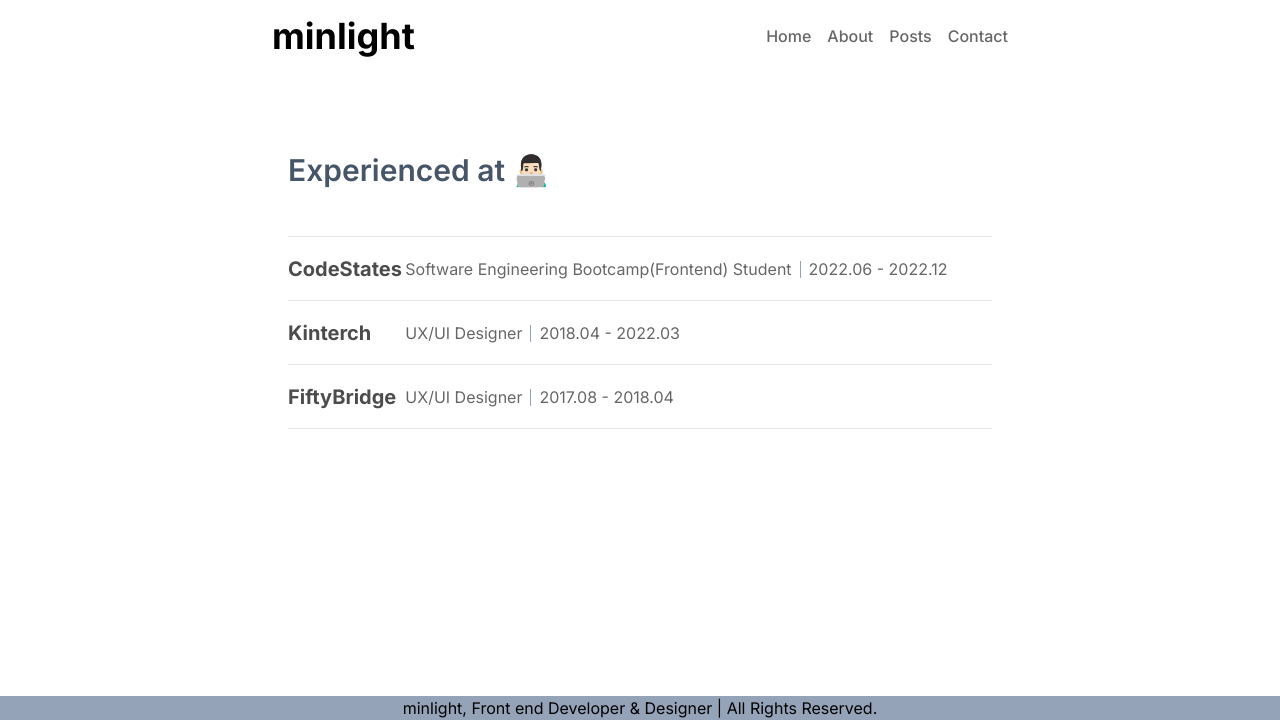
Repository: kwngmin/minlight-blog
Page: /about
The author's editor kept a copy of each file at every save. The page is drawn from the files as they stood at one save, then again after the next save.
The browser window is 1280 px wide. The pictures show the whole page.
The project was rebuilt for these pictures with package versions that can differ from the ones it lists, and the page was loaded fresh each time. The framework's server and built-in components were replaced by stand-ins that run in the browser. Also part of the build but not shown: next.config.js.

Above is the page before, as saved 2023-04-01 00:29:12.

### src/app/layout.tsx
import Footer from "@/components/Footer";
import "./globals.css";
import { Inter } from "next/font/google";
import Header from "@/components/Header";

const inter = Inter({ subsets: ["latin"] });

export const metadata = {
  title: "Create Next App",
  description: "Generated by create next app",
};

export default function RootLayout({
  children,
}: {
  children: React.ReactNode;
}) {
  return (
    <html lang="en" className={inter.className}>
      <body className="flex flex-col w-full">
        <Header />
        <main className="grow mx-4">{children}</main>
        <Footer />
      </body>
    </html>
  );
}

### src/app/about/page.tsx
export default function AboutPage() {
  const careerData = [
    {
      company: "CodeStates",
      role: "Software Engineering Bootcamp(Frontend) Student",
      period: "2022.06 - 2022.12",
    },
    {
      company: "Kinterch",
      role: "UX/UI Designer",
      period: "2018.04 - 2022.03",
    },
    {
      company: "FiftyBridge",
      role: "UX/UI Designer",
      period: "2017.08 - 2018.04",
    },
  ];
  return (
    <div>
      <article className="max-w-screen-md mx-auto p-8">
        <h2 className="text-3xl font-semibold text-slate-600 border-b py-12">
          Experienced at 👨🏻‍💻
        </h2>
        <ul>
          {careerData.map(({ company, role, period }) => (
            <li key={company} className="flex items-center h-16 border-b">
              <h3 className="font-bold text-xl w-1/6 text-black/70">
                {company}
              </h3>
              <p className="text-black/60">
                {role}
                <span className="border-l text-sm mx-2 border-slate-400" />
                {period}
              </p>
            </li>
          ))}
        </ul>
      </article>
    </div>
  );
}

### src/components/Footer.tsx
export default function Footer() {
  return (
    <p className="bg-slate-400 text-center">
      minlight, Front end Developer & Designer | All Rights Reserved.
    </p>
  );
}

### src/app/globals.css
@tailwind base;
@tailwind components;
@tailwind utilities;

* {
  box-sizing: border-box;
  padding: 0;
  margin: 0;
}

html,
body {
  height: 100vh;
  overflow-y: auto;
}

/*
:root {
  --max-width: 1100px;
  --border-radius: 12px;
  --font-mono: ui-monospace, Menlo, Monaco, "Cascadia Mono", "Segoe UI Mono",
    "Roboto Mono", "Oxygen Mono", "Ubuntu Monospace", "Source Code Pro",
    "Fira Mono", "Droid Sans Mono", "Courier New", monospace;

  --foreground-rgb: 0, 0, 0;
  --background-start-rgb: 214, 219, 220;
  --background-end-rgb: 255, 255, 255;

  --primary-glow: conic-gradient(
    from 180deg at 50% 50%,
    #16abff33 0deg,
    #0885ff33 55deg,
    #54d6ff33 120deg,
    #0071ff33 160deg,
    transparent 360deg
  );
  --secondary-glow: radial-gradient(
    rgba(255, 255, 255, 1),
    rgba(255, 255, 255, 0)
  );

  --tile-start-rgb: 239, 245, 249;
  --tile-end-rgb: 228, 232, 233;
  --tile-border: conic-gradient(
    #00000080,
    #00000040,
    #00000030,
    #00000020,
    #00000010,
    #00000010,
    #00000080
  );

  --callout-rgb: 238, 240, 241;
  --callout-border-rgb: 172, 175, 176;
  --card-rgb: 180, 185, 188;
  --card-border-rgb: 131, 134, 135;
}

@media (prefers-color-scheme: dark) {
  :root {
    --foreground-rgb: 255, 255, 255;
    --background-start-rgb: 0, 0, 0;
    --background-end-rgb: 0, 0, 0;

    --primary-glow: radial-gradient(rgba(1, 65, 255, 0.4), rgba(1, 65, 255, 0));
    --secondary-glow: linear-gradient(
      to bottom right,
      rgba(1, 65, 255, 0),
      rgba(1, 65, 255, 0),
      rgba(1, 65, 255, 0.3)
    );

    --tile-start-rgb: 2, 13, 46;
    --tile-end-rgb: 2, 5, 19;
    --tile-border: conic-gradient(
      #ffffff80,
      #ffffff40,
      #ffffff30,
      #ffffff20,
      #ffffff10,
      #ffffff10,
      #ffffff80
    );

    --callout-rgb: 20, 20, 20;
    --callout-border-rgb: 108, 108, 108;
    --card-rgb: 100, 100, 100;
    --card-border-rgb: 200, 200, 200;
  }
}

* {
  box-sizing: border-box;
  padding: 0;
  margin: 0;
}

html,
body {
  max-width: 100vw;
  overflow-x: hidden;
}

body {
  color: rgb(var(--foreground-rgb));
  background: linear-gradient(
      to bottom,
      transparent,
      rgb(var(--background-end-rgb))
    )
    rgb(var(--background-start-rgb));
}

a {
  color: inherit;
  text-decoration: none;
}

@media (prefers-color-scheme: dark) {
  html {
    color-scheme: dark;
  }
} */

### src/components/Header.tsx
import Link from "next/link";

const navData = [
  { name: "Home", path: "/" },
  { name: "About", path: "/about" },
  { name: "Posts", path: "/posts" },
  { name: "Contact", path: "/contact" },
];

export default function Header() {
  return (
    <div>
      <div className="max-w-screen-md mx-auto">
        <div className="flex justify-between items-center m-4">
          <Link href="/">
            <h1 className="text-4xl font-bold">minlight</h1>
          </Link>
          <nav className="flex gap-4">
            {navData.map(({ name, path }) => (
              <Link
                href={path}
                key={path}
                className="text-black/60 hover:text-black font-medium hover:underline decoration-slate-400 hover:decoration-4 underline-offset-8"
              >
                {name}
              </Link>
            ))}
          </nav>
        </div>
      </div>
    </div>
  );
}

### tailwind.config.js
/** @type {import('tailwindcss').Config} */
module.exports = {
  content: ["./src/**/*.{js,ts,jsx,tsx}"],
  theme: {
    extend: {},
  },
  plugins: [require("@tailwindcss/typography")],
};

After the next save:
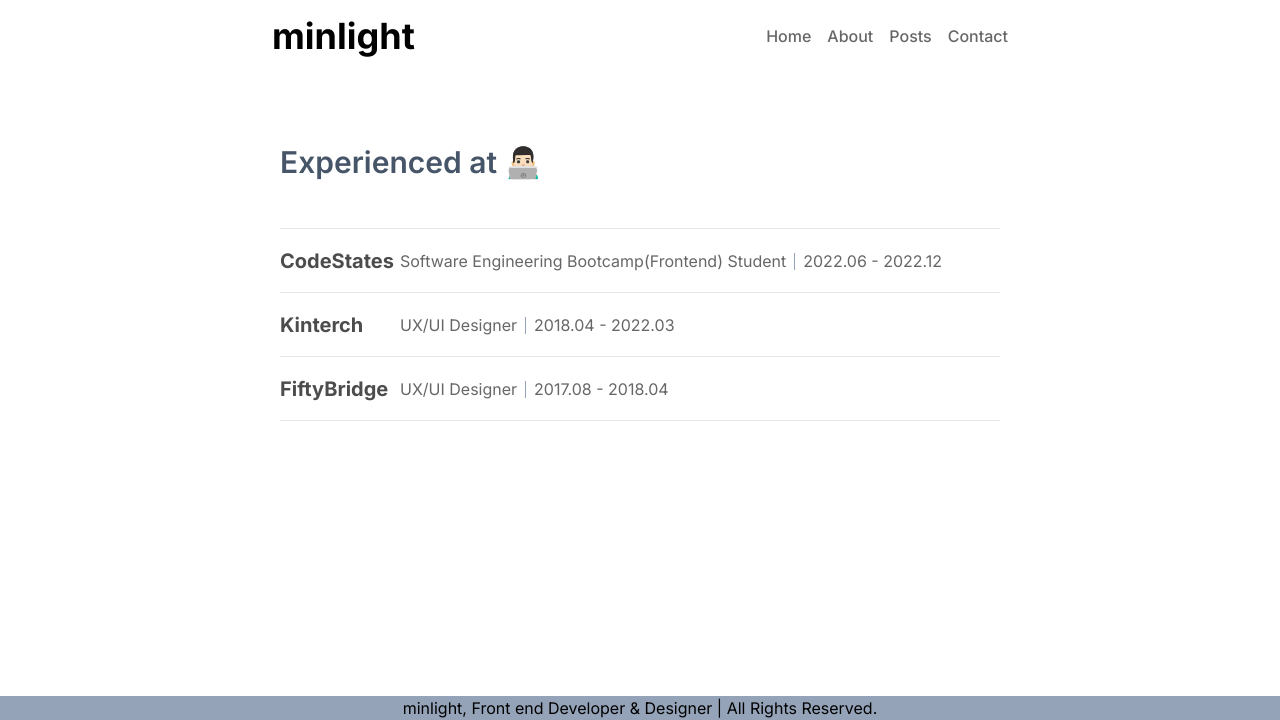
Saved 6 s later.
--- a/src/app/about/page.tsx
+++ b/src/app/about/page.tsx
@@ -18,7 +18,7 @@ export default function AboutPage() {
   ];
   return (
     <div>
-      <article className="max-w-screen-md mx-auto p-8">
+      <article className="max-w-screen-md mx-auto p-6">
         <h2 className="text-3xl font-semibold text-slate-600 border-b py-12">
           Experienced at 👨🏻‍💻
         </h2>
